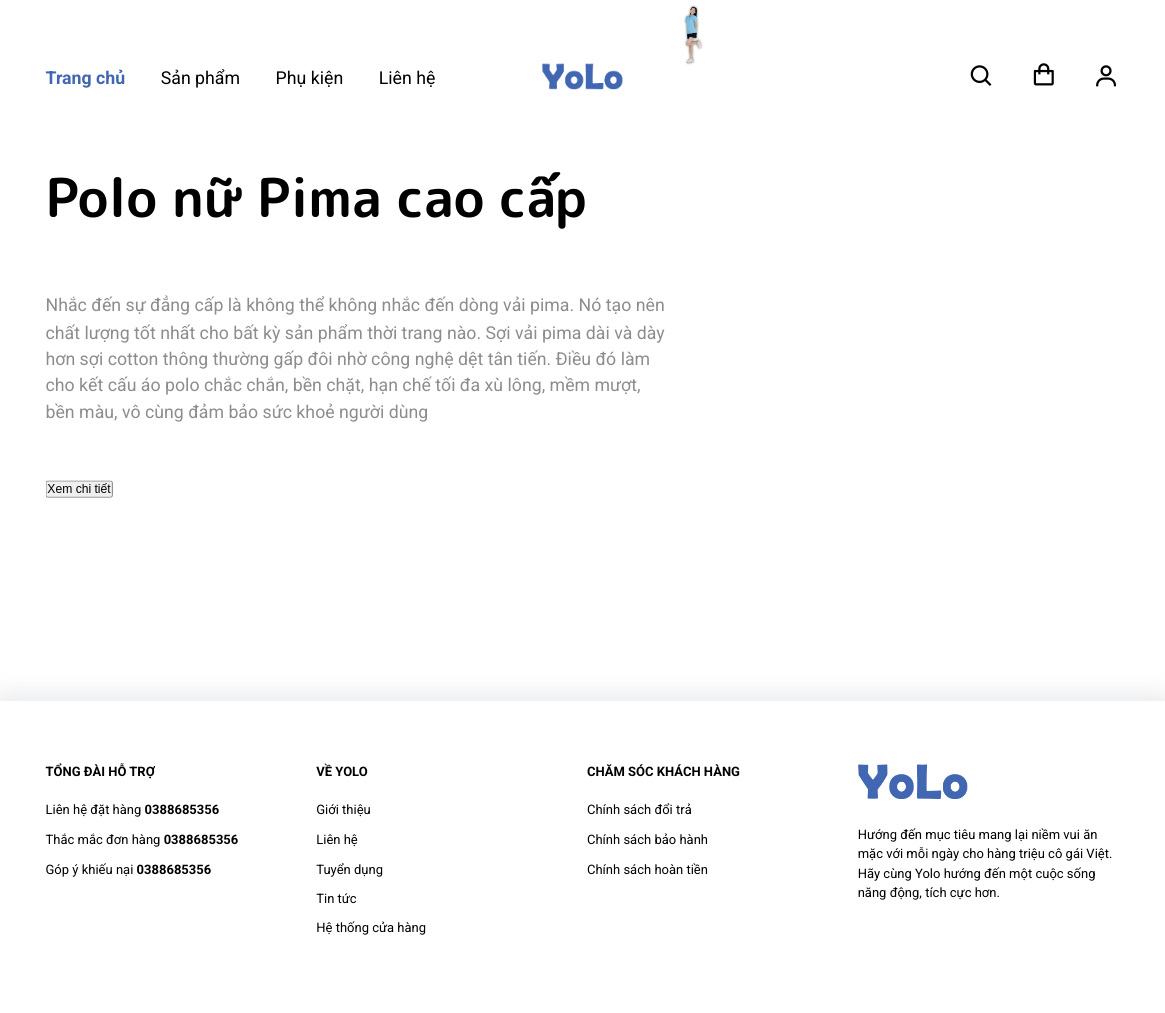
Repository: NguyenThanhBinh1210/Binh-React
Page: / (app in yoloshop/)
These files come from the project's save history. The page is drawn as it stood at one moment and after the next save; the edit follows.
The browser window is 1280 px wide. The pictures show the whole page, at 91% of full size.
The project was rebuilt for these pictures with package versions that can differ from the ones it lists, and the page was loaded fresh each time. A package was used in the major version that the imports need, not the one package.json lists. Also part of the build but not shown: yoloshop/src/pages/Product.jsx, yoloshop/src/pages/Catalog.jsx, yoloshop/src/pages/Cart.jsx, yoloshop/src/pages/Accessory.jsx, yoloshop/src/pages/Contact.jsx.

Above is the page before, as saved 2021-11-25 12:11:54.

### yoloshop/src/index.js
import React from 'react'
import ReactDOM from 'react-dom'
import Layout from './components/Layout'
import reportWebVitals from './reportWebVitals'
import './assets/boxicons-2.0.7/css/boxicons.min.css'
import './sass/index.scss'

ReactDOM.render(
	<React.StrictMode>
		<Layout />
	</React.StrictMode>,
	document.getElementById('root')
)

// If you want to start measuring performance in your app, pass a function
// to log results (for example: reportWebVitals(console.log))
// or send to an analytics endpoint. Learn more: https://bit.ly/CRA-vitals
reportWebVitals()

### yoloshop/src/components/Layout.jsx
import React from 'react'
import { BrowserRouter, Route } from 'react-router-dom'
import Header from './Header'
import Footer from './Footer'
import Routess from '../routes/Routess'

export default function Layout() {
	return (
		<BrowserRouter>
			<Route
				render={props => (
					<div>
						<Header {...props} />
						<div className="container">
							<div className="main">
								<Routess />
							</div>
						</div>
						<Footer />
					</div>
				)}
			/>
		</BrowserRouter>
	)
}

### yoloshop/src/sass/index.scss
@import './variables';
@import './mixins';
@import './base.scss';

@import './components/header';
@import './components/footer';
@import './components/hero-slider';

### yoloshop/src/components/Header.jsx
import React, { useEffect, useRef } from 'react'
import logo from '../assets/images/Logo-2.png'
import { Link, useLocation } from 'react-router-dom'

const mainNav = [
	{
		display: 'Trang chủ',
		path: '/'
	},
	{
		display: 'Sản phẩm',
		path: '/catalog'
	},
	{
		display: 'Phụ kiện',
		path: '/accessories'
	},
	{
		display: 'Liên hệ',
		path: '/contact'
	}
]
export default function Header() {
	const { pathname } = useLocation()
	const activeNav = mainNav.findIndex(e => e.path === pathname)
	const headerRef = React.useRef(null)

	useEffect(() => {
		window.addEventListener('scroll', () => {
			if (
				document.body.scrollTop > 80 ||
				document.documentElement.scrollTop > 80
			) {
				headerRef.current.classList.add('shrink')
			} else {
				headerRef.current.classList.remove('shrink')
			}
		})
		return () => {
			window.removeEventListener('scroll')
		}
	}, [])

	const menuLeft = useRef(null)

	const menuToggle = () => menuLeft.current.classList.toggle('active')

	return (
		<div className="header" ref={headerRef}>
			<div className="container">
				<div className="header__logo">
					<Link to="/">
						<img src={logo} alt="logo" />
					</Link>
				</div>
				<div className="header__menu">
					<div className="header__menu__mobile-toggle" onClick={menuToggle}>
						<i class="bx bx-menu-alt-left"></i>
					</div>
					<div className="header__menu__left" ref={menuLeft}>
						<div className="header__menu__left__close" onClick={menuToggle}>
							<i class="bx bx-chevron-left"></i>
						</div>
						{mainNav.map((item, index) => (
							<div
								key={index}
								className={`header__menu__item  header__menu__left__item ${
									index === activeNav ? 'active' : ''
								}`}
								onClick={menuToggle}
							>
								<Link to={item.path}>
									<span>{item.display}</span>
								</Link>
							</div>
						))}
					</div>
					<div className="header__menu__right">
						<div className="header__menu__item header__menu__right__item">
							<i class="bx bx-search"></i>
						</div>
						<div className="header__menu__item header__menu__right__item">
							<Link to="/cart">
								<i class="bx bx-shopping-bag"></i>
							</Link>
						</div>
						<div className="header__menu__item header__menu__right__item">
							<i class="bx bx-user"></i>
						</div>
					</div>
				</div>
			</div>
		</div>
	)
}

### yoloshop/src/components/Footer.jsx
import React from 'react'
import { Link } from 'react-router-dom'
import Grid from './Grid'
import logo from '../assets/images/Logo-2.png'

const footerAboutLinks = [
	{
		display: 'Giới thiệu',
		path: '/about'
	},
	{
		display: 'Liên hệ',
		path: '/contact'
	},
	{
		display: 'Tuyển dụng',
		path: '/about'
	},
	{
		display: 'Tin tức',
		path: '/about'
	},
	{
		display: 'Hệ thống cửa hàng',
		path: '/about'
	}
]

const footerCustomLinks = [
	{
		display: 'Chính sách đổi trả',
		path: '/about'
	},

	{
		display: 'Chính sách bảo hành',
		path: '/about'
	},

	{
		display: 'Chính sách hoàn tiền',
		path: '/about'
	}
]

export default function Footer() {
	return (
		<footer className="footer">
			<div className="container">
				<Grid col={4} mdCol={2} smCol={1} gap={10}>
					<div>
						<div className="footer__title">Tổng đài hỗ trợ</div>
						<div className="footer__content">
							<p>
								Liên hệ đặt hàng <strong> 0388685356</strong>
							</p>
							<p>
								Thắc mắc đơn hàng <strong> 0388685356</strong>
							</p>
							<p>
								Góp ý khiếu nại <strong> 0388685356</strong>
							</p>
						</div>
					</div>
					<div>
						<div className="footer__title">Về Yolo</div>
						<div className="footer__content">
							{footerAboutLinks.map((item, i) => (
								<p key={i} className="">
									<Link to={item.path}>{item.display}</Link>
								</p>
							))}
						</div>
					</div>
					<div>
						<div className="footer__title">Chăm sóc khách hàng</div>
						<div className="footer__content">
							{footerCustomLinks.map((item, i) => (
								<p key={i} className="">
									<Link to={item.path}>{item.display}</Link>
								</p>
							))}
						</div>
					</div>
					<div className="footer__about">
						<p>
							<Link to="/">
								<img src={logo} className="footer__logo" alt="logo" />
							</Link>
						</p>
						<p>
							Hướng đến mục tiêu mang lại niềm vui ăn mặc với mỗi ngày cho hàng
							triệu cô gái Việt. Hãy cùng Yolo hướng đến một cuộc sống năng
							động, tích cực hơn.
						</p>
					</div>
				</Grid>
			</div>
		</footer>
	)
}

### yoloshop/src/routes/Routess.jsx
import React from 'react'
import { Switch, Route } from 'react-router-dom'
import Home from '../pages/Home'
import Product from '../pages/Product'
import Catalog from '../pages/Catalog'
import Cart from '../pages/Cart'
import Accessory from '../pages/Accessory'
import Contact from '../pages/Contact'

const Routess = () => {
	return (
		<Switch>
			<Route path="/" exact component={Home}></Route>
			<Route path="/catalog/:slug" component={Product}></Route>
			<Route path="/catalog" component={Catalog}></Route>
			<Route path="/cart" component={Cart}></Route>
			<Route path="/accessories" component={Accessory}></Route>
			<Route path="/contact" component={Contact}></Route>
		</Switch>
	)
}

export default Routess

### yoloshop/src/sass/_variables.scss
$main-bg: #fff;
$main-color: #4267b2;

$txt-main-color: #000000;
$txt-second-color: #8d8d8d;
$txt-white: #fff;

$btn-main-bg: $main-color;
$btn-main-color: #fff;

$header-height: 170px;
$header-tablet-height: 70px;
$header-mobile-height: 40px;
$header-shrink-height: 70px;

$box-shadow: rgba(149, 157, 165, 0.2) 0px 0px 24px 8px;

$colors: (
	'blue': #4267b2,
	'orange': #fbb96b,
	'pink': #fe7e73,
	'white': #fff,
	'black': #000,
	'main': $main-color
);

$mobile-width: 600px;
$tablet-width: 1024px;

$numbers: (0, 1, 2, 3, 4, 5, 6, 7, 8);

### yoloshop/src/sass/_mixins.scss
@mixin flex($align-item, $justify-content) {
	display: flex;
	align-items: $align-item;
	justify-content: $justify-content;
}

@mixin mobile {
	@media only screen and (max-width: $mobile-width) {
		@content;
	}
}
@mixin tablet {
	@media only screen and (max-width: $tablet-width) {
		@content;
	}
}

### yoloshop/src/sass/_base.scss
@import url('https://fonts.googleapis.com/css2?family=Roboto:ital,wght@0,100;0,300;0,400;0,500;0,700;0,900;1,100;1,300;1,400;1,500;1,700;1,900&display=swap');

@import url('https://fonts.googleapis.com/css2?family=M+PLUS+Rounded+1c:wght@100;300;400;500;700;800;900&display=swap');

* {
	padding: 0;
	margin: 0;
	box-sizing: border-box;
	-webkit-tap-highlight-color: transparent;
	user-select: none;
}

html {
	font-size: 13px;
}

body {
	font-family: 'Roboto', sans-serif;
}

ul {
	list-style-type: none;
}

a {
	text-decoration: none;
	color: unset;
}

@each $color, $val in $colors {
	.color-#{$color} {
		color: $val;
	}

	.bg-#{$color} {
		background-color: $val;
	}
}

@each $val in $numbers {
	.grid-col-#{$val} {
		grid-template-columns: repeat($val, 1fr);
	}
}

@each $val in $numbers {
	.grid-col-md-#{$val} {
		@include tablet {
			grid-template-columns: repeat($val, 1fr);
		}
	}
}

@each $val in $numbers {
	.grid-col-sm-#{$val} {
		@include mobile {
			grid-template-columns: repeat($val, 1fr);
		}
	}
}

.container {
	width: 100%;
	max-width: 1620px;
	padding: 0 50px;
	margin: auto;

	@include tablet {
		padding: 0 20px;
	}

	@include mobile {
		padding: 0 10px;
	}
}

.main {
	margin-top: $header-height;
	margin-bottom: 2rem;
	min-height: 100vh;

	@include tablet {
		margin-top: calc(#{$header-tablet-height} + 20px);
	}
	@include mobile {
		margin-top: calc(#{$header-mobile-height} + 10px);
	}
}

.grid {
	display: grid;
}

### yoloshop/src/sass/components/_header.scss
.header {
	background-color: $main-bg;
	position: fixed;
	top: 0;
	left: 0;
	width: 100%;
	z-index: 99;
	height: $header-height;
	transition: height 0.3s ease;

	@include tablet {
		height: $header-tablet-height;
		box-shadow: $box-shadow;
	}
	@include mobile {
		height: $header-mobile-height;
	}

	.container {
		height: 100%;
	}

	&.shrink {
		height: $header-shrink-height;
		box-shadow: $box-shadow;
	}

	&__logo {
		@include flex(center, center);
		position: absolute;
		inset: 0;
		pointer-events: none;

		img {
			height: 28px;
		}
	}

	&__menu {
		@include flex(center, space-between);
		height: 100%;
		font-size: 1.5rem;

		&__item ~ &__item {
			margin-left: 39px;
			@include tablet {
				margin-left: 20px;
			}
			@include mobile {
				margin-left: 10px;
			}
		}
		&__item.active {
			font-weight: 600;
			color: $main-color;
		}
		&__item:hover {
			color: $main-color;
		}
		&__left,
		&__right {
			@include flex(center, center);
			height: 100%;
		}

		&__right {
			font-size: 2.25rem;
			&__item {
				@include flex(center, center);
			}
			@include mobile {
				font-size: 1.5rem;
			}
		}

		&__left {
			&__close {
				display: none;
			}

			@include tablet {
				flex-direction: column;
				background-color: $main-bg;
				position: absolute;
				left: 0;
				top: 0;
				width: 100%;
				height: 100vh;
				justify-content: flex-start;
				padding-top: 30px;
				transform: translateX(-100%);
				transition: transform 0.5s ease;

				&.active {
					transform: translateX(0);
				}

				&__item ~ &__item {
					margin-left: unset;
					margin-top: 20px;
				}
				&__close {
					display: block;
					position: absolute;
					left: 20px;
					font-size: 2.5rem;
				}
			}
		}
		&__mobile-toggle {
			display: none;

			@include tablet {
				display: block;
				font-size: 2.5rem;
			}
		}
	}
}

### yoloshop/src/sass/components/_footer.scss
.footer {
	padding: 70px 0;
	box-shadow: $box-shadow;
	font-size: 1.1rem;
	a:hover {
		color: $main-color;
	}
	&__logo {
		height: 38px;
	}
	&__about {
		p {
			margin-bottom: 2rem;
		}
		p:not(:first-child) {
			line-height: 1.5;
		}
	}
	&__title {
		text-transform: uppercase;
		margin-bottom: 2rem;
		font-weight: 600;
	}
	&__content {
		p {
			margin-bottom: 1.25rem;
		}
	}
}

### yoloshop/src/sass/components/_hero-slider.scss
.hero-slider {
	height: 100vh;
	max-height: 1080px;
	overflow: hidden;
	position: relative;
	margin-bottom: 50px;
	margin-top: calc(#{$header-height} * -1);
	@include tablet {
		margin-top: calc(#{$header-tablet-height} * -1);
	}
	@include mobile {
		margin-top: calc(#{$header-mobile-height} * -1);
	}
	&__item {
		@include flex(center, space-between);
		opacity: 0;
		visibility: hidden;
		pointer-events: none;
		position: absolute;
		inset: 0;
		&.active {
			opacity: 1;
			visibility: visible;
			pointer-events: visible;
		}
		&__info {
			width: 58.33%;
			&__title,
			&__description {
				margin-bottom: 60px;

				@include tablet {
					margin-bottom: 15px;
				}
			}
			&__title {
				font-family: 'M Plus Rounded 1c', sans-serif;
				font-weight: 600;
				font-size: 4.5rem;
				line-height: 6.75rem;
				overflow: hidden;
			}
			&__description {
				color: $txt-second-color;
				font-size: 1.5rem;
				line-height: 2.25rem;
				overflow: hidden;
			}
			&__btn {
				overflow: hidden;
			}
		}
		&__image {
			flex-grow: 1;
			position: relative;
			height: 100%;
			z-index: 1000;
			pointer-events: none;
			img {
				height: 10vh;
			}
		}
	}
}

### yoloshop/src/components/Grid.jsx
import React from 'react'
import PropTypes from 'prop-types'

const Grid = props => {
	const style = {
		gap: props.gap ? `${props.gap}px` : '0'
	}
	const col = props.col ? `grid-col-${props.col}` : '0'
	const mdCol = props.mdCol ? `grid-col-${props.mdCol}` : '0'
	const smCol = props.smCol ? `grid-col-${props.smCol}` : '0'
	return (
		<div className={`grid ${col} ${mdCol} ${smCol}`} style={style}>
			{props.children}
		</div>
	)
}

Grid.propTypes = {
	col: PropTypes.number.isRequired,
	mdCol: PropTypes.number,
	smCol: PropTypes.number,
	gap: PropTypes.number
}

export default Grid

### yoloshop/src/pages/Home.jsx
import React from 'react'
import heroSliderData from '../assets/fake-data/hero-slider'
import Helmet from '../components/Helmet'
import HeroSlider from '../components/HeroSlider'

const Home = () => {
	return (
		<Helmet title="Trang chủ">
			{/* Hero slider */}
			<HeroSlider data={heroSliderData} />
		</Helmet>
	)
}

export default Home

### yoloshop/src/assets/fake-data/hero-slider.js
const img1 = require('../images/slider/slide_1.png').default
const img2 = require('../images/slider/slide_2.png').default
const img3 = require('../images/slider/slide_3.png').default

const heroSliderData = [
	{
		title: 'Polo nữ Pima cao cấp',
		description:
			'Nhắc đến sự đẳng cấp là không thể không nhắc đến dòng vải pima. Nó tạo nên chất lượng tốt nhất cho bất kỳ sản phẩm thời trang nào. Sợi vải pima dài và dày hơn sợi cotton thông thường gấp đôi nhờ công nghệ dệt tân tiến. Điều đó làm cho kết cấu áo polo chắc chắn, bền chặt, hạn chế tối đa xù lông, mềm mượt, bền màu, vô cùng đảm bảo sức khoẻ người dùng',
		img: img1,
		color: 'blue',
		path: '/catalog/ao-thun-dinosaur-01'
	},
	{
		title: 'Polo Nữ Dáng Suông Modal',
		description:
			'Polo nữ dáng suông Modal sử dụng công nghệ vải cao cấp thân thiện với môi trường sản xuất độc quyền chống co rút vải, áo polo nữ vải modal là sản phẩm thích hợp cho các bạn có môi trường làm việc năng động như hiện nay',
		img: img2,
		path: '/catalog/ao-thun-dinosaur-02',
		color: 'pink'
	},
	{
		title: 'Polo Nữ Coolmax Lacoste',
		description:
			'Mẫu áo polo nữ được làm bằng chất liệu coolmax đem lại cảm giác mát lạnh khi mặc. Thiết kế mẫu áo polo coolmax này có kiểu dáng cực kỳ thoải mái. Tạo sự gọn gàng hứa hẹn sẽ là mẫu áo polo vô cùng hot trong thời điểm sắp tới',
		img: img3,
		path: '/catalog/ao-thun-dinosaur-03',
		color: 'orange'
	}
]

export default heroSliderData

### yoloshop/src/components/Helmet.jsx
import React from 'react'
import PropTypes from 'prop-types'

const Helmet = props => {
	document.title = 'Yolo - ' + props.title

	return <div>{props.children}</div>
}

Helmet.propTypes = {
	title: PropTypes.string.isRequired
}

export default Helmet

### yoloshop/src/components/HeroSlider.jsx
import React from 'react'
import PropTypes from 'prop-types'
import { Link } from 'react-router-dom'

const HeroSlider = props => {
	const data = props.data
	const activeSlider = 0
	return (
		<div className="hero-slider">
			{data.map((item, index) => (
				<HeroSliderItem
					key={index}
					item={item}
					active={index === activeSlider}
				/>
			))}
		</div>
	)
}

HeroSlider.propTypes = {
	data: PropTypes.array.isRequired
}

const HeroSliderItem = props => (
	<div className={`hero-slider__item ${props.active ? 'active' : ''}`}>
		<div className="hero-slider__item__info">
			<div className="hero-slider__item__info__title">
				<span> {props.item.title}</span>
			</div>
			<div className="hero-slider__item__info__description">
				<span> {props.item.description}</span>
			</div>
			<div className="hero-slider__item__info__btn">
				<Link to={props.item.path}>
					<button>Xem chi tiết</button>
				</Link>
			</div>
		</div>
		<div className="hero-slider__item__image">
			<img src={props.item.img} alt={props.item.title} />
		</div>
	</div>
)

export default HeroSlider

Loaded but not shown: yoloshop/public/index.html (common file); yoloshop/src/reportWebVitals.js (common file); yoloshop/src/assets/boxicons-2.0.7/css/boxicons.min.css (library)

After the next save:
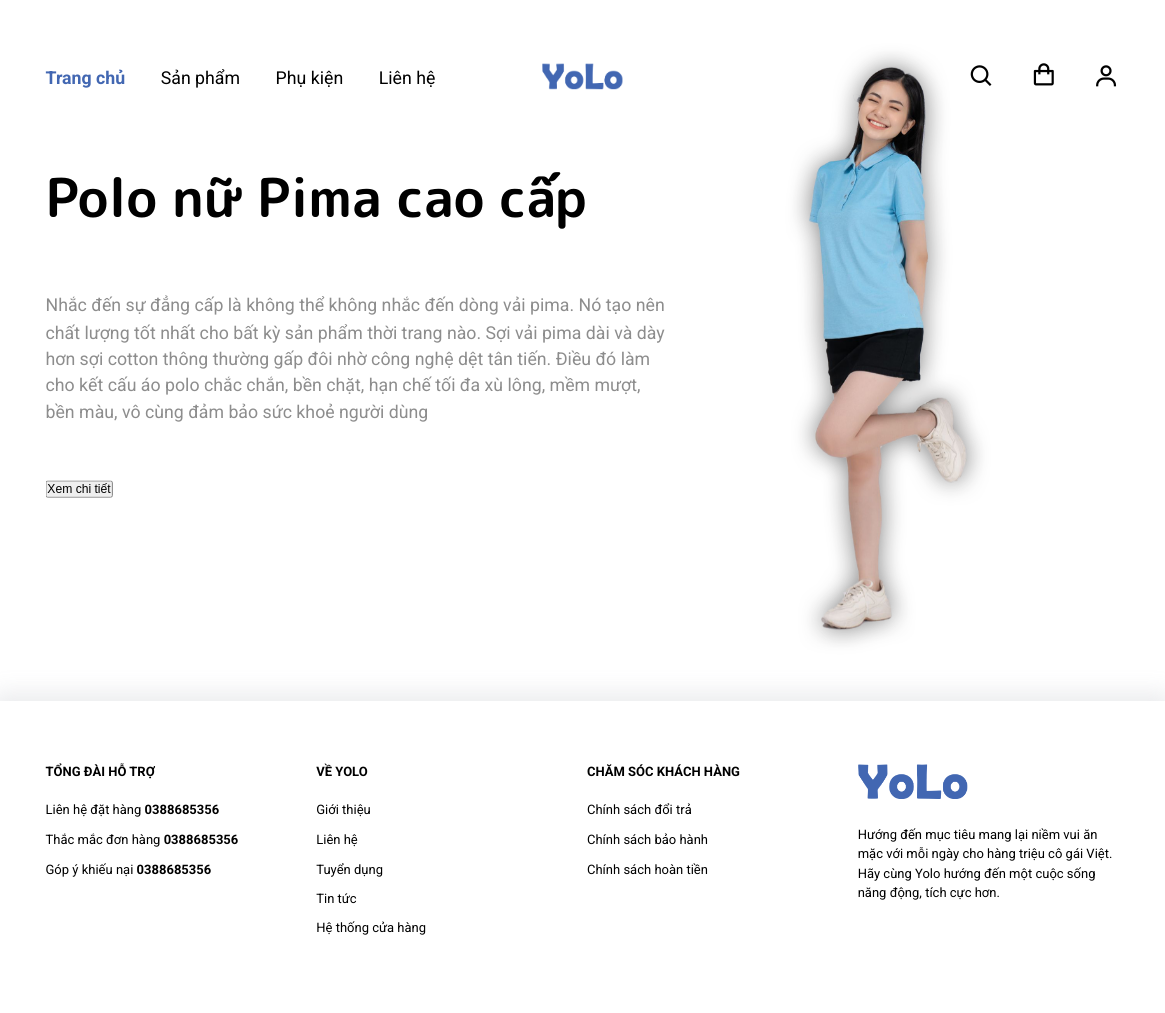
Saved 10 s later.
--- a/yoloshop/src/sass/components/_hero-slider.scss
+++ b/yoloshop/src/sass/components/_hero-slider.scss
@@ -57,7 +57,7 @@
 			z-index: 1000;
 			pointer-events: none;
 			img {
-				height: 10vh;
+				height: 100vh;
 			}
 		}
 	}
